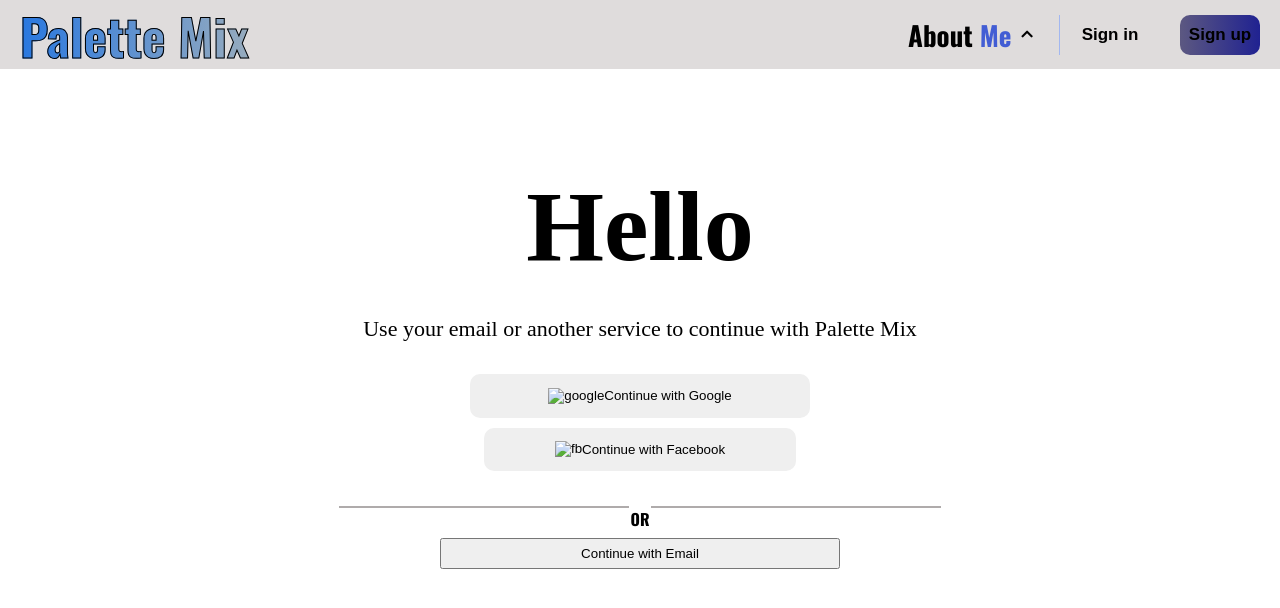
Repository: dmpelaez/Login-Signup-form
Page: Color/colorHeader.html
An editor plug-in stored every save of this project. The page is shown before and after the next save, followed by the edit.
The browser window is 1280 px wide. The pictures show the window.
A layer covers the whole window, so only the first screen is drawn. Some web libraries are served in a nearby version.

Above is the page before, as saved 2025-12-13 07:37:22.

After the next save:
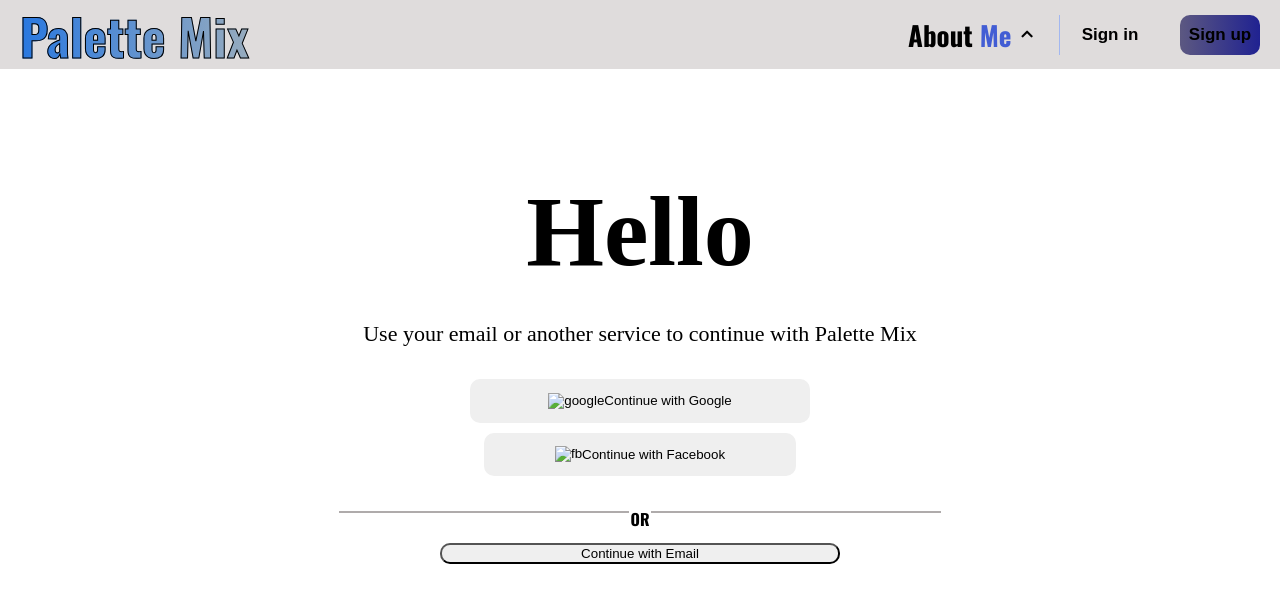
Saved 15 s later.
--- a/Color/colorMain.css
+++ b/Color/colorMain.css
@@ -751,5 +751,5 @@ justify-content: space-between;
 .continueEmail {
   margin-top: 20px;
   width: 400px;
-  height: 500px;
-}
+  border-radius: 10px;
+}
